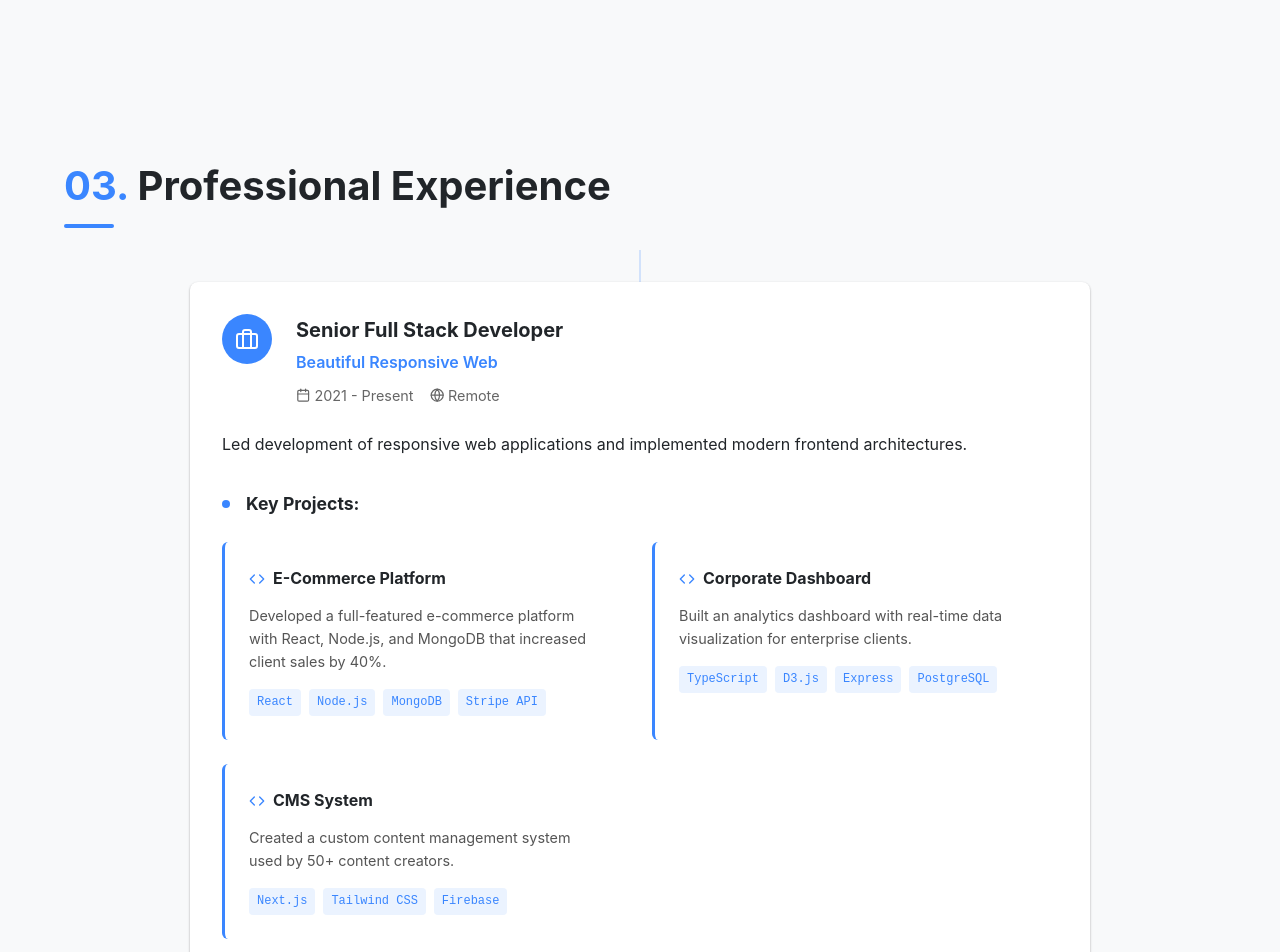
Repository: Bojurie/Portfolio_2022
Page: /
The author's editor kept a copy of each file at every save. The page is drawn from the files as they stood at one save, then again after the next save.
The browser window is 1280 px wide. The pictures show the part of the page from y = 1868 to 2820 px (the page is 5944 px tall before and 5214 px after).
The project was rebuilt for these pictures with package versions that can differ from the ones it lists, and the page was loaded fresh each time. Also part of the build but not shown: src/component/pages/Resume.css, src/component/pages/Resume.js. Imported but missing from the stored project, and not drawn on this page: src/component/Resume.pdf, src/component/images/video.mp4, src/component/videos/Screen Recording 2022-04-01 at 8.22.57 PM.mov, src/component/videos/Screen Recording 2022-04-01 at 8.23.25 PM.mov, src/component/videos/Screen Recording 2022-04-01 at 8.25.20 PM.mov, src/component/videos/Screen Recording 2022-04-01 at 8.27.28 PM.mov, src/component/videos/Screen Recording 2022-04-01 at 8.28.35 PM.mov, src/component/videos/Screen Recording 2022-04-01 at 8.30.37 PM.mov and 3 more.

Above is the page before, as saved 2025-04-22 05:15:13.

### public/index.html
<!DOCTYPE html>
<html lang="en">
  <head>
    <meta charset="utf-8" />
    <link rel="icon" href="%PUBLIC_URL%/favicon.ico" />
    <meta name="viewport" content="width=device-width, initial-scale=1" />
    <meta name="theme-color" content="#000000" />
    <meta
      name="description"
      content="Web site created using create-react-app"
    />
    <link rel="apple-touch-icon" href="%PUBLIC_URL%/logo192.png" />


    <link rel="manifest" href="%PUBLIC_URL%/manifest.json" />
    <!--
      Notice the use of %PUBLIC_URL% in the tags above.
      It will be replaced with the URL of the `public` folder during the build.
      Only files inside the `public` folder can be referenced from the HTML.

      Unlike "/favicon.ico" or "favicon.ico", "%PUBLIC_URL%/favicon.ico" will
      work correctly both with client-side routing and a non-root public URL.
      Learn how to configure a non-root public URL by running `npm run build`.
    -->
    <title>Bojurie Rogers-Wright | | Tech</title>
     <link rel="shortcut icon" href="%PUBLIC_URL%/favicon.ico">
    <link rel="apple-touch-icon" sizes="180x180" href="/apple-touch-icon.png">
    <link rel="icon" type="image/png" sizes="32x32" href="/favicon-32x32.png">
    <link rel="icon" type="image/png" sizes="16x16" href="/favicon-16x16.png">
    <link rel="manifest" href="/site.webmanifest">


    <link rel="preconnect" href="https://fonts.googleapis.com">
    <link rel="preconnect" href="https://fonts.gstatic.com" crossorigin>
    <link href="https://fonts.googleapis.com/css2?family=Montserrat:ital,wght@0,100;0,200;0,300;0,400;0,500;0,600;0,700;0,800;0,900;1,100;1,200;1,300;1,400;1,500;1,600;1,700;1,800;1,900&family=Roboto:ital,wght@0,300;0,400;0,500;0,700;1,300&display=swap" rel="stylesheet">
  </head>
  <body>
    <noscript>You need to enable JavaScript to run this app.</noscript>
    <div id="root"></div>

   <script>

   </script>
  </body>
</html>

### src/component/pages/Experience.js
import React from "react";
import { motion } from "framer-motion";
import { FiBriefcase, FiCode, FiGlobe, FiCalendar } from "react-icons/fi";
import "./Experience.css";

const experiences = [
  {
    id: 1,
    role: "Senior Full Stack Developer",
    company: "Beautiful Responsive Web",
    period: "2021 - Present",
    location: "Remote",
    description:
      "Led development of responsive web applications and implemented modern frontend architectures.",
    projects: [
      {
        title: "E-Commerce Platform",
        description:
          "Developed a full-featured e-commerce platform with React, Node.js, and MongoDB that increased client sales by 40%.",
        technologies: ["React", "Node.js", "MongoDB", "Stripe API"],
      },
      {
        title: "Corporate Dashboard",
        description:
          "Built an analytics dashboard with real-time data visualization for enterprise clients.",
        technologies: ["TypeScript", "D3.js", "Express", "PostgreSQL"],
      },
      {
        title: "CMS System",
        description:
          "Created a custom content management system used by 50+ content creators.",
        technologies: ["Next.js", "Tailwind CSS", "Firebase"],
      },
    ],
  },
  {
    id: 2,
    role: "Freelance Web Developer",
    company: "Fiverr",
    period: "2020 - Present",
    location: "Remote",
    description:
      "Delivered high-quality web solutions to diverse clients across multiple industries.",
    projects: [
      {
        title: "Portfolio Website",
        description:
          "Designed and developed a responsive portfolio website for a graphic designer client.",
        technologies: ["HTML5", "CSS3", "JavaScript", "GSAP"],
      },
      {
        title: "Restaurant Booking System",
        description:
          "Implemented an online reservation system with table management features.",
        technologies: ["React", "Node.js", "MySQL"],
      },
      {
        title: "Fitness App",
        description:
          "Created a workout tracking application with progress visualization.",
        technologies: ["React Native", "Firebase"],
      },
    ],
  },
];

const Experience = () => {
  return (
    <section className="section experience" id="experience">
      <div className="container">
        <motion.h2
          className="section-title"
          initial={{ opacity: 0, y: 20 }}
          whileInView={{ opacity: 1, y: 0 }}
          viewport={{ once: true, margin: "-100px" }}
          transition={{ duration: 0.6 }}
        >
          <span className="highlight">03.</span> Professional Experience
        </motion.h2>

        <div className="experience-timeline">
          {experiences.map((exp, index) => (
            <motion.div
              className="experience-item"
              key={exp.id}
              initial={{ opacity: 0, x: index % 2 === 0 ? -50 : 50 }}
              whileInView={{ opacity: 1, x: 0 }}
              viewport={{ once: true }}
              transition={{ duration: 0.6, delay: index * 0.2 }}
            >
              <div className="experience-header">
                <div className="experience-icon">
                  <FiBriefcase />
                </div>
                <div className="experience-meta">
                  <h3 className="experience-role">{exp.role}</h3>
                  <div className="experience-company">{exp.company}</div>
                  <div className="experience-details">
                    <span className="experience-detail">
                      <FiCalendar /> {exp.period}
                    </span>
                    <span className="experience-detail">
                      <FiGlobe /> {exp.location}
                    </span>
                  </div>
                </div>
              </div>

              <p className="experience-description">{exp.description}</p>

              <div className="experience-projects">
                <h4 className="projects-title">Key Projects:</h4>
                <div className="projects-grid">
                  {exp.projects.map((project, pIndex) => (
                    <motion.div
                      className="project-card"
                      key={pIndex}
                      whileHover={{ y: -5 }}
                      transition={{ duration: 0.2 }}
                    >
                      <div className="project-content">
                        <h5 className="project-title">
                          <FiCode /> {project.title}
                        </h5>
                        <p className="project-description">
                          {project.description}
                        </p>
                        <div className="project-technologies">
                          {project.technologies.map((tech, tIndex) => (
                            <span key={tIndex} className="technology-tag">
                              {tech}
                            </span>
                          ))}
                        </div>
                      </div>
                    </motion.div>
                  ))}
                </div>
              </div>
            </motion.div>
          ))}
        </div>
      </div>
    </section>
  );
};

export default Experience;

### src/component/pages/Home.css
.home {
  display: flex;
  flex-direction: column;
  overflow-x: hidden;
}

/* Ensures sections have proper spacing */
.home > section {
  scroll-margin-top: 100px;
}

### src/component/pages/About.css
.about-grid {
  display: grid;
  grid-template-columns: 1fr 2fr;
  gap: 3rem;
  margin-top: 3rem;
}

.about-image-container {
  position: relative;
}

.about-image-wrapper {
  position: relative;
  width: 100%;
  max-width: 300px;
  margin: 0 auto;
}

.about-image {
  width: 100%;
  height: auto;
  border-radius: 4px;
  position: relative;
  z-index: 1;
  filter: grayscale(100%) contrast(1);
  transition: var(--transition);
}

.about-image-border {
  position: absolute;
  width: 100%;
  height: 100%;
  border: 2px solid var(--primary-color);
  border-radius: 4px;
  top: 20px;
  left: 20px;
  z-index: 0;
  transition: var(--transition);
}

.about-image-container:hover .about-image {
  filter: none;
}

.about-image-container:hover .about-image-border {
  top: 15px;
  left: 15px;
}

.about-name {
  font-size: 2rem;
  margin-bottom: 0.5rem;
  color: var(--dark-color);
}

.about-role {
  font-size: 1.25rem;
  color: var(--primary-color);
  margin-bottom: 1.5rem;
}

.about-bio {
  margin-bottom: 2rem;
  font-size: 1.1rem;
}

.about-text {
  margin-bottom: 3rem;
}

.about-text p {
  margin-bottom: 1.5rem;
  line-height: 1.7;
}

.skills-heading {
  font-size: 1.5rem;
  margin-bottom: 1.5rem;
  position: relative;
}

.skills-grid {
  display: grid;
  grid-template-columns: repeat(2, 1fr);
  gap: 1rem;
}

.skill-item {
  display: flex;
  align-items: center;
  gap: 0.75rem;
  font-family: var(--font-mono);
  font-size: 0.9rem;
  color: var(--dark-color);
}

.skill-icon {
  color: var(--primary-color);
  font-size: 1.1rem;
}

@media (max-width: 992px) {
  .about-grid {
    grid-template-columns: 1fr;
  }

  .about-image-wrapper {
    margin-bottom: 3rem;
  }
}

@media (max-width: 576px) {
  .skills-grid {
    grid-template-columns: 1fr;
  }
}

### src/component/pages/Contact.css
.contact-grid {
  display: grid;
  grid-template-columns: 1fr 1.5fr;
  gap: 4rem;
  margin-top: 3rem;
}

.contact-subtitle {
  font-size: 1.75rem;
  margin-bottom: 1.5rem;
}

.contact-text {
  margin-bottom: 2.5rem;
  line-height: 1.7;
}

.contact-details {
  display: flex;
  flex-direction: column;
  gap: 1.5rem;
}

.contact-item {
  display: flex;
  align-items: center;
  gap: 1rem;
  font-size: 1.1rem;
}

.contact-icon {
  color: var(--primary-color);
  font-size: 1.25rem;
}

.form-group {
  margin-bottom: 1.5rem;
}

.form-group label {
  display: block;
  margin-bottom: 0.5rem;
  font-weight: 500;
}

.form-input,
.form-textarea {
  width: 100%;
  padding: 0.75rem 1rem;
  border: 1px solid #ddd;
  border-radius: 4px;
  font-family: var(--font-main);
  font-size: 1rem;
  transition: var(--transition);
}

.form-input:focus,
.form-textarea:focus {
  outline: none;
  border-color: var(--primary-color);
  box-shadow: 0 0 0 2px rgba(58, 134, 255, 0.2);
}

.form-textarea {
  resize: vertical;
  min-height: 150px;
}

.success-message {
  padding: 1rem;
  background: rgba(6, 214, 160, 0.1);
  color: var(--success-color);
  border-radius: 4px;
  margin-bottom: 1.5rem;
  text-align: center;
}

@media (max-width: 992px) {
  .contact-grid {
    grid-template-columns: 1fr;
    gap: 3rem;
  }
}

### src/component/Header.css
.header {
  width: 100%;
  position: sticky;
  top: 0;
  z-index: 1000;
}

### src/component/pages/Footer.css
.footer {
  background-color: rgba(18, 51, 15, 0.95);
  padding: 40px 20px;
  text-align: center;
  color: white;
  position: relative;
}

.footer-wrapper {
  display: flex;
  flex-direction: column;
  align-items: center;
  gap: 20px;
}

.footer-copy {
  font-size: 0.95rem;
  color: #ccc;
  margin-top: 10px;
}

/* Optional subtle border at the top */
.footer::before {
  content: "";
  display: block;
  height: 2px;
  width: 60px;
  background-color: #32b920;
  margin: 0 auto 20px;
}

/* Responsive */
@media screen and (max-width: 768px) {
  .footer-wrapper {
    gap: 15px;
  }

  .footer-copy {
    font-size: 0.85rem;
  }
}

### src/component/Hero.css
.hero {
  position: relative;
  min-height: 800px;
  display: flex;
  align-items: center;
  justify-content: center;
  color: white;
  overflow: hidden;
}

.hero-video-container {
  position: absolute;
  top: 0;
  left: 0;
  width: 100%;
  height: 100%;
  z-index: -1;
}

.hero-video {
  width: 100%;
  height: 100%;
  object-fit: cover;
}

.hero-overlay {
  position: absolute;
  top: 0;
  left: 0;
  width: 100%;
  height: 100%;
  background: rgba(0, 0, 0, 0.5);
}

.hero-content {
  max-width: 800px;
  padding: 2rem;
  text-align: center;
  z-index: 1;
}

.hero-subtitle {
  font-size: 1.5rem;
  margin-bottom: 1rem;
  font-weight: 400;
}

.hero-title {
  font-size: 4rem;
  margin-bottom: 1.5rem;
  line-height: 1.1;
}

.hero-text {
  font-size: 1.25rem;
  margin-bottom: 2.5rem;
  line-height: 1.6;
}

@media (max-width: 768px) {
  .hero-title {
    font-size: 3rem;
  }

  .hero-text {
    font-size: 1.1rem;
  }
}

### src/component/Button.css
button {
  padding: 15px 40px;
  font-size: 15px;
  border-radius: 10px;
  background-color: rgb(8, 27, 6);
  color: rgb(50, 185, 32);
  letter-spacing: 2px;
  text-transform: uppercase;
  border: 1px solid rgb(152, 207, 233);
}


@media screen and (max-width: 414px) {
  button {
    padding: 10px 20px;
    font-size: 13px;
  }
}

### src/SocialFollow.css
.social-container {
  padding: 10px 0;
}

.social-container h3 {
  margin-bottom: 10px;
  font-size: 1.2rem;
  color: #32b920;
}

a.social {
  margin: 0 0.75rem;
  transition: transform 250ms ease, color 250ms ease;
  display: inline-block;
  color: #32b920;
}

a.social:hover {
  transform: translateY(-4px);
  color: white;
}

@media screen and (max-width: 414px) {
  .social-container h3 {
    font-size: 1rem;
  }

  a.social {
    margin: 0 0.5rem;
  }
}

Loaded but not shown: src/component/pages/Project.js (495 lines, source omitted); src/component/pages/About.js (114 lines, source omitted); src/component/pages/Contact.js (141 lines, source omitted); src/component/Navbar.js (107 lines, source omitted); src/App.js (99 lines, source omitted); src/component/Hero.js (51 lines, source omitted); src/SocialFollow.js (51 lines, source omitted); src/component/pages/Home.js (38 lines, source omitted); src/component/pages/Footer.js (22 lines, source omitted); src/component/Button.js (14 lines, source omitted); src/component/Header.js (13 lines, source omitted); src/index.js (9 lines, source omitted); src/component/pages/Project.css (514 lines, source omitted); src/component/pages/Experience.css (209 lines, source omitted); src/component/Navbar.css (143 lines, source omitted); src/App.css (116 lines, source omitted)

After the next save:
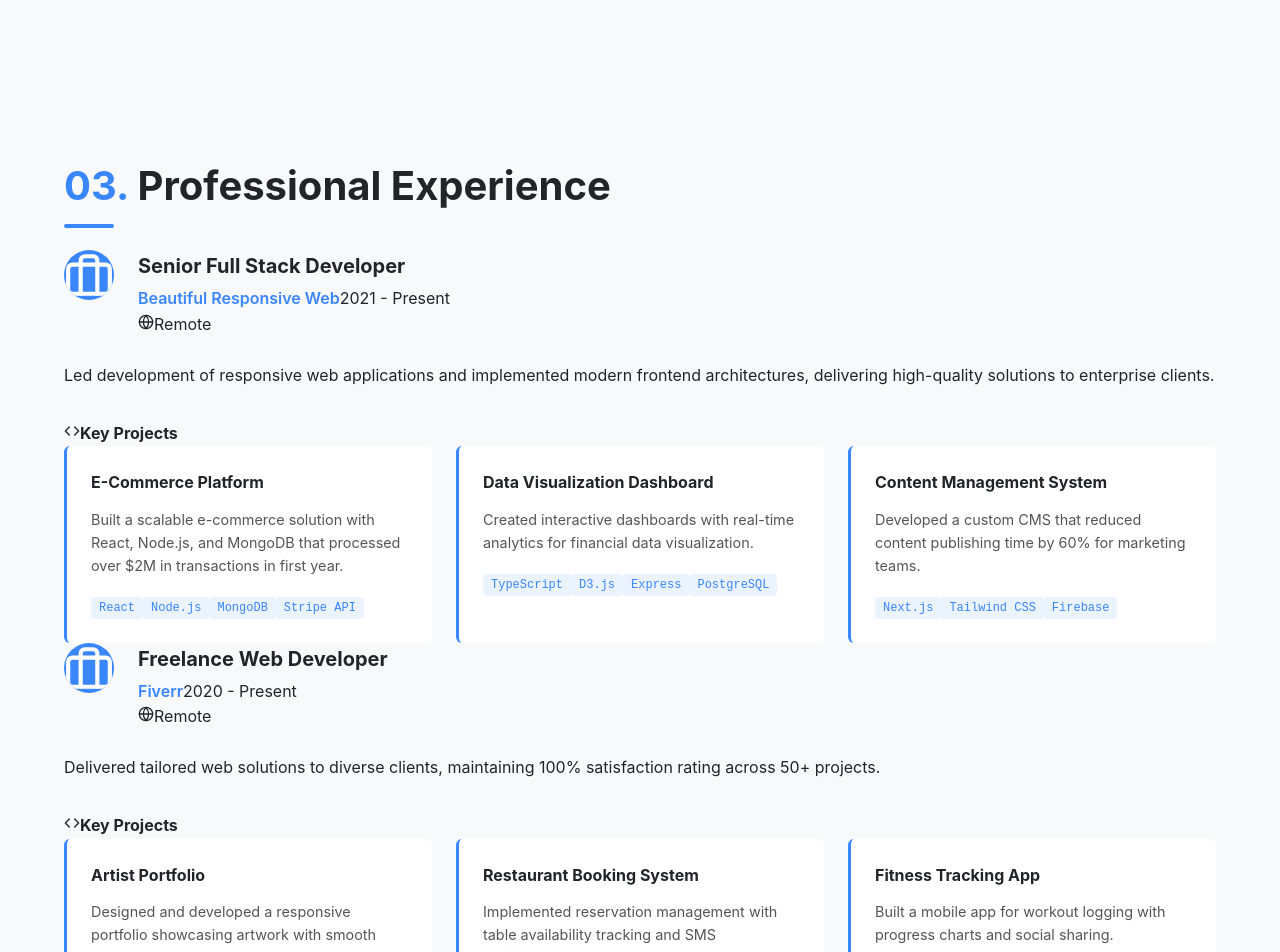
Saved 33 min 18 s later.
--- a/src/component/pages/Experience.js
+++ b/src/component/pages/Experience.js
@@ -11,24 +11,24 @@ const experiences = [
     period: "2021 - Present",
     location: "Remote",
     description:
-      "Led development of responsive web applications and implemented modern frontend architectures.",
+      "Led development of responsive web applications and implemented modern frontend architectures, delivering high-quality solutions to enterprise clients.",
     projects: [
       {
         title: "E-Commerce Platform",
         description:
-          "Developed a full-featured e-commerce platform with React, Node.js, and MongoDB that increased client sales by 40%.",
+          "Built a scalable e-commerce solution with React, Node.js, and MongoDB that processed over $2M in transactions in first year.",
         technologies: ["React", "Node.js", "MongoDB", "Stripe API"],
       },
       {
-        title: "Corporate Dashboard",
+        title: "Data Visualization Dashboard",
         description:
-          "Built an analytics dashboard with real-time data visualization for enterprise clients.",
+          "Created interactive dashboards with real-time analytics for financial data visualization.",
         technologies: ["TypeScript", "D3.js", "Express", "PostgreSQL"],
       },
       {
-        title: "CMS System",
+        title: "Content Management System",
         description:
-          "Created a custom content management system used by 50+ content creators.",
+          "Developed a custom CMS that reduced content publishing time by 60% for marketing teams.",
         technologies: ["Next.js", "Tailwind CSS", "Firebase"],
       },
     ],
@@ -40,25 +40,25 @@ const experiences = [
     period: "2020 - Present",
     location: "Remote",
     description:
-      "Delivered high-quality web solutions to diverse clients across multiple industries.",
+      "Delivered tailored web solutions to diverse clients, maintaining 100% satisfaction rating across 50+ projects.",
     projects: [
       {
-        title: "Portfolio Website",
+        title: "Artist Portfolio",
         description:
-          "Designed and developed a responsive portfolio website for a graphic designer client.",
+          "Designed and developed a responsive portfolio showcasing artwork with smooth animations.",
         technologies: ["HTML5", "CSS3", "JavaScript", "GSAP"],
       },
       {
         title: "Restaurant Booking System",
         description:
-          "Implemented an online reservation system with table management features.",
-        technologies: ["React", "Node.js", "MySQL"],
+          "Implemented reservation management with table availability tracking and SMS notifications.",
+        technologies: ["React", "Node.js", "MySQL", "Twilio API"],
       },
       {
-        title: "Fitness App",
+        title: "Fitness Tracking App",
         description:
-          "Created a workout tracking application with progress visualization.",
-        technologies: ["React Native", "Firebase"],
+          "Built a mobile app for workout logging with progress charts and social sharing.",
+        technologies: ["React Native", "Firebase", "Chart.js"],
       },
     ],
   },
@@ -78,60 +78,65 @@ const Experience = () => {
           <span className="highlight">03.</span> Professional Experience
         </motion.h2>
 
-        <div className="experience-timeline">
+        <motion.div
+          className="experience-container"
+          initial={{ opacity: 0 }}
+          whileInView={{ opacity: 1 }}
+          viewport={{ once: true }}
+          transition={{ duration: 0.6, delay: 0.2 }}
+        >
           {experiences.map((exp, index) => (
             <motion.div
-              className="experience-item"
+              className="experience-card"
               key={exp.id}
-              initial={{ opacity: 0, x: index % 2 === 0 ? -50 : 50 }}
-              whileInView={{ opacity: 1, x: 0 }}
+              initial={{ opacity: 0, y: 30 }}
+              whileInView={{ opacity: 1, y: 0 }}
               viewport={{ once: true }}
-              transition={{ duration: 0.6, delay: index * 0.2 }}
+              transition={{ duration: 0.5, delay: index * 0.15 }}
+              whileHover={{ y: -5 }}
             >
               <div className="experience-header">
-                <div className="experience-icon">
-                  <FiBriefcase />
+                <div className="experience-icon-container">
+                  <FiBriefcase className="experience-icon" />
                 </div>
-                <div className="experience-meta">
+                <div className="experience-info">
                   <h3 className="experience-role">{exp.role}</h3>
-                  <div className="experience-company">{exp.company}</div>
-                  <div className="experience-details">
-                    <span className="experience-detail">
-                      <FiCalendar /> {exp.period}
-                    </span>
-                    <span className="experience-detail">
-                      <FiGlobe /> {exp.location}
-                    </span>
+                  <div className="experience-company-period">
+                    <span className="experience-company">{exp.company}</span>
+                    <span className="experience-period">{exp.period}</span>
+                  </div>
+                  <div className="experience-location">
+                    <FiGlobe className="location-icon" />
+                    {exp.location}
                   </div>
                 </div>
               </div>
 
               <p className="experience-description">{exp.description}</p>
 
-              <div className="experience-projects">
-                <h4 className="projects-title">Key Projects:</h4>
+              <div className="projects-section">
+                <h4 className="projects-heading">
+                  <FiCode className="projects-icon" />
+                  Key Projects
+                </h4>
                 <div className="projects-grid">
                   {exp.projects.map((project, pIndex) => (
                     <motion.div
                       className="project-card"
                       key={pIndex}
-                      whileHover={{ y: -5 }}
+                      whileHover={{ scale: 1.02 }}
                       transition={{ duration: 0.2 }}
                     >
-                      <div className="project-content">
-                        <h5 className="project-title">
-                          <FiCode /> {project.title}
-                        </h5>
-                        <p className="project-description">
-                          {project.description}
-                        </p>
-                        <div className="project-technologies">
-                          {project.technologies.map((tech, tIndex) => (
-                            <span key={tIndex} className="technology-tag">
-                              {tech}
-                            </span>
-                          ))}
-                        </div>
+                      <h5 className="project-title">{project.title}</h5>
+                      <p className="project-description">
+                        {project.description}
+                      </p>
+                      <div className="technologies-container">
+                        {project.technologies.map((tech, tIndex) => (
+                          <span key={tIndex} className="technology-tag">
+                            {tech}
+                          </span>
+                        ))}
                       </div>
                     </motion.div>
                   ))}
@@ -139,7 +144,7 @@ const Experience = () => {
               </div>
             </motion.div>
           ))}
-        </div>
+        </motion.div>
       </div>
     </section>
   );
